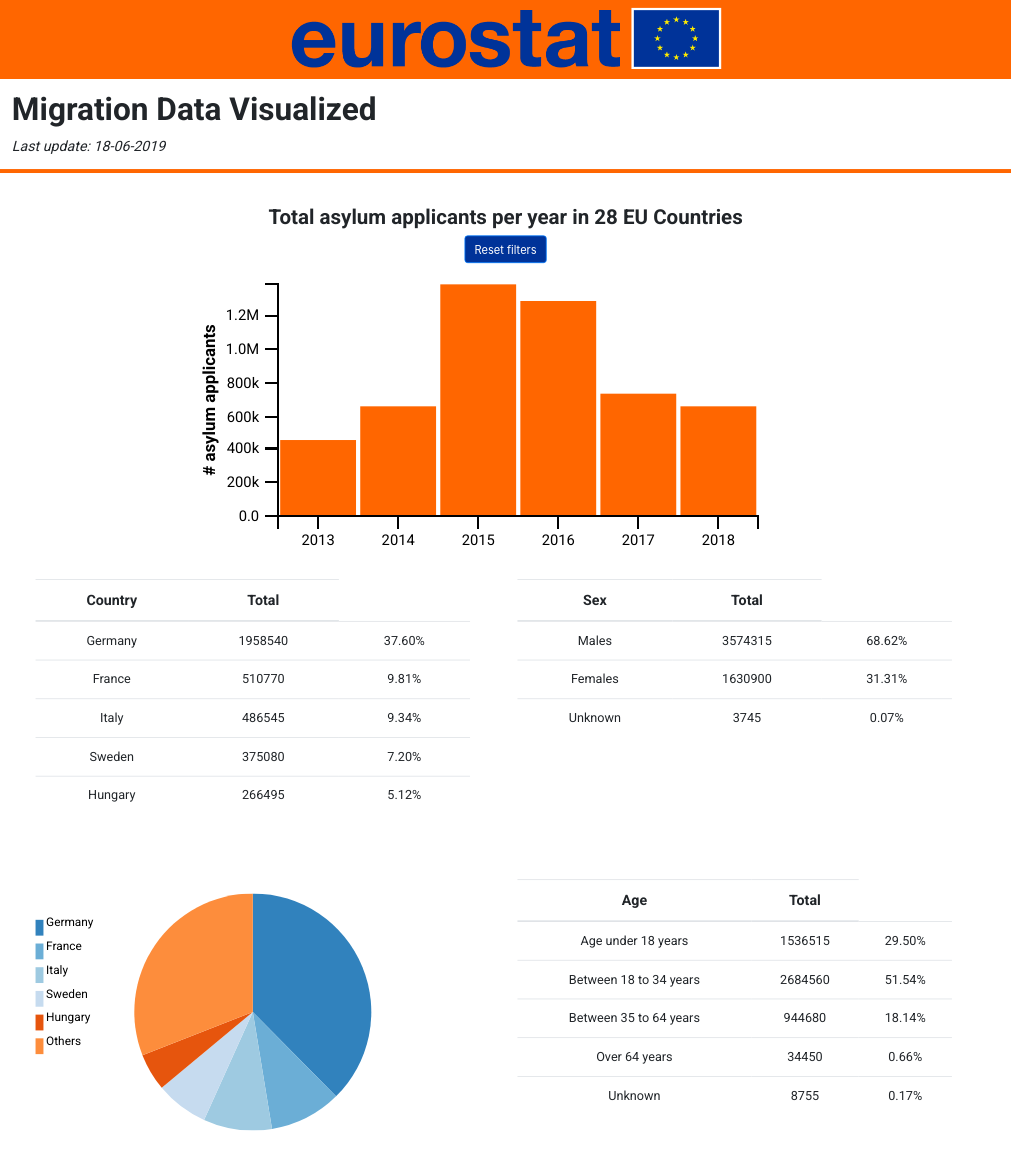
Repository: rory81/eurostat-migration-db
Page: index.html
The author's editor kept a record of every edit. The page is drawn from the files as they stood at one moment, then again after the next edit.
The browser window is 1280 px wide. The pictures show the whole page, at 79% of full size.
Some web libraries are served in a nearby version.

Above is the page before.

After the next edit:
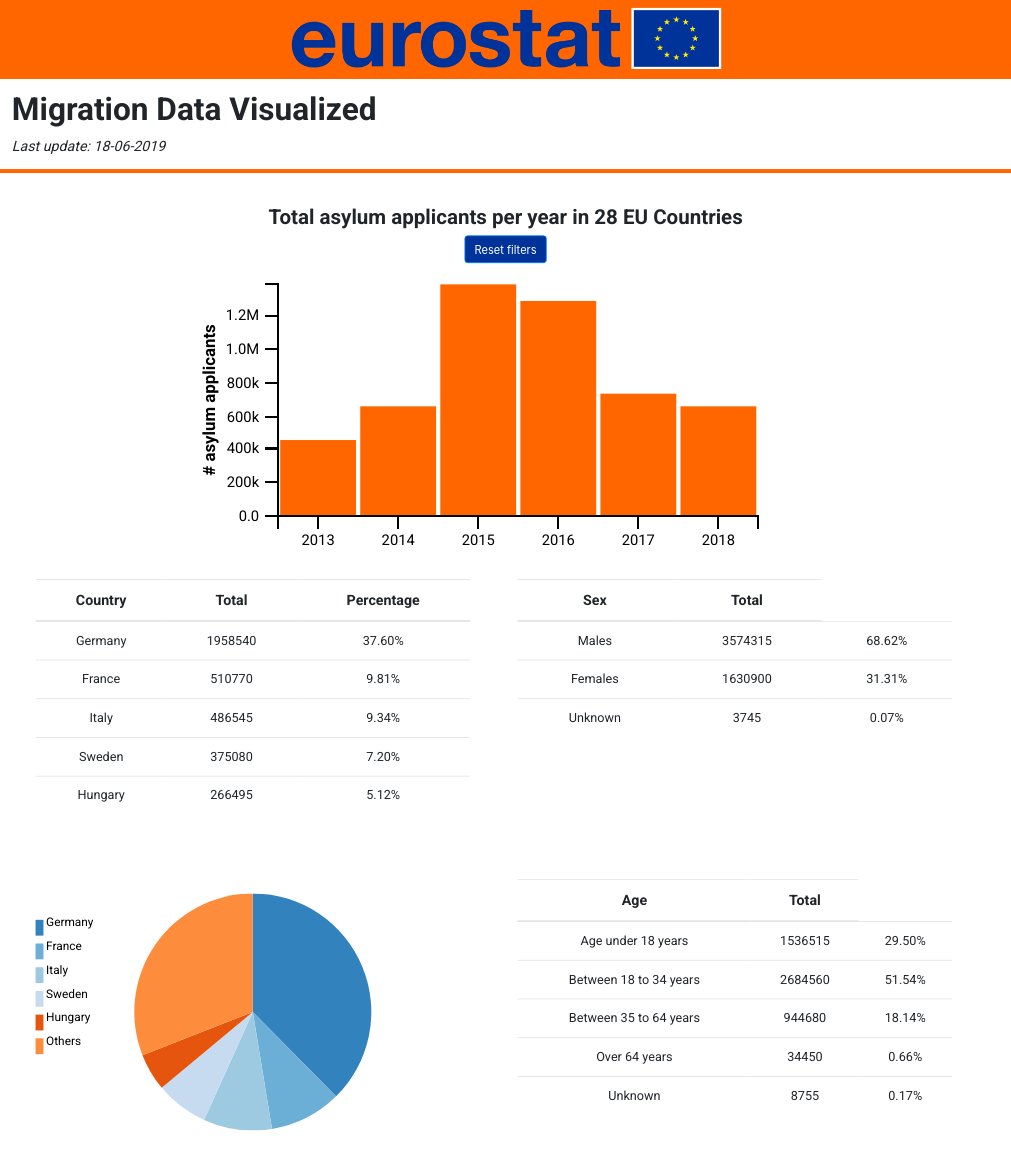
The edit:
--- a/index.html
+++ b/index.html
@@ -39,6 +39,7 @@
                             <tr class='header'>
                                 <th>Country</th>
                                 <th>Total</th>
+                                <th>Percentage</th>
                             </tr>
                         </thead>
                     </table>
